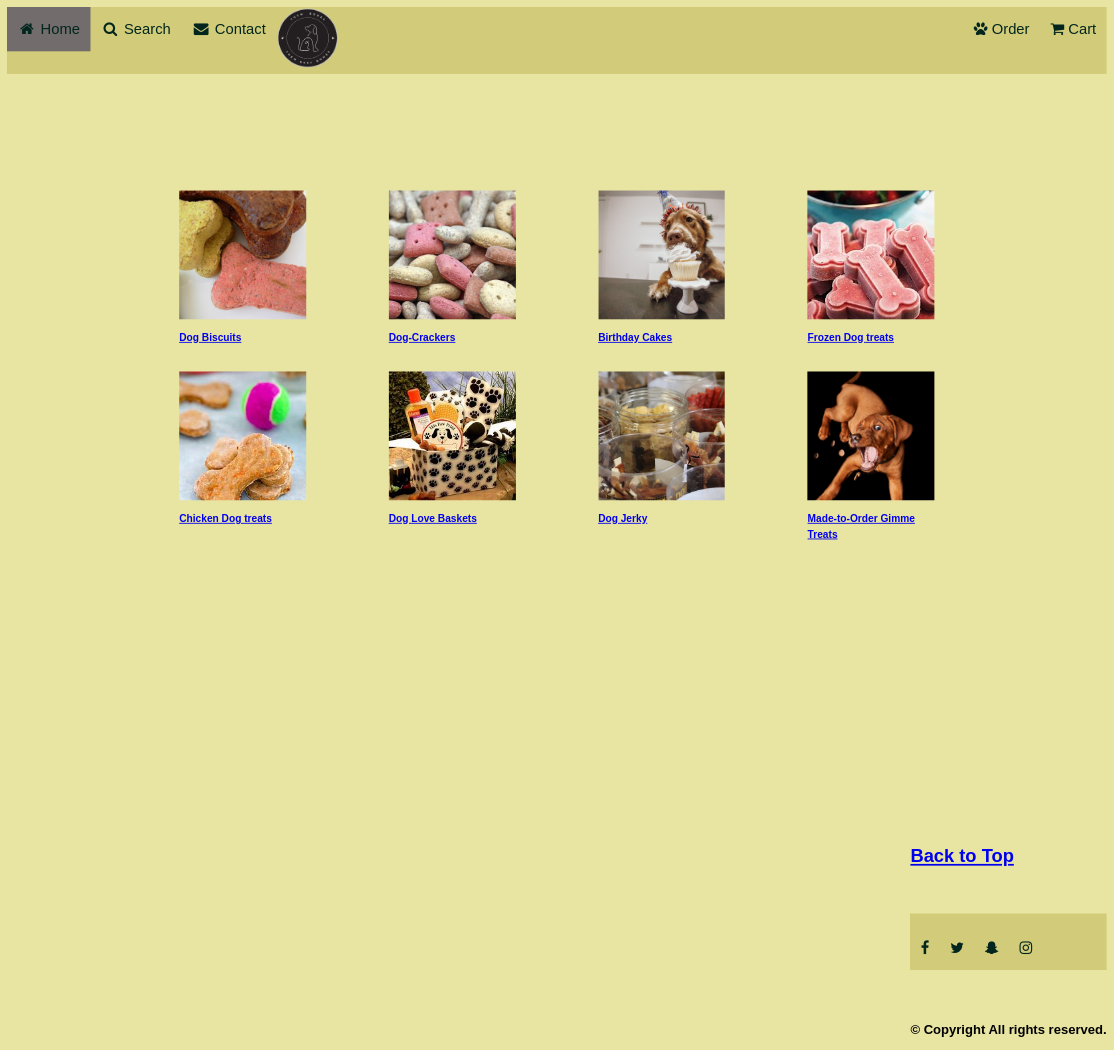
Repository: vgoins-RA2022/HTML-1
Page: index.html
An editor plug-in stored every save of this project. The page is shown before and after a run of saves, followed by the edit.
The browser window is 1280 px wide. The pictures show the whole page, at 87% of full size.

Above is the page before, as saved 2023-01-21 19:02:04.

### index.html
<!DOCTYPE html>
<html lang="en">

<head>
  <meta charset="UTF-8">
  <meta name="viewport" content="width=device-width, initial-scale=1">
  <link rel="stylesheet" href="https://cdnjs.cloudflare.com/ajax/libs/font-awesome/4.7.0/css/font-awesome.min.css">
  <link rel="stylesheet" href="../HTML-1/src/css/Style.css" type="text/css">
  <title>Simple HTML Assignment 1</title>
</head>

<header>
    <!-- setup top navigator bar. position logo, home and contact navators on the left-->
    <div class="navbar" float: left>
      <img src="src/img/them-bones-logo.png" alt="them-bones-logo" class="logo" >
      <a class="active" href="#"><i class="fa fa-fw fa-home"></i> Home</a>
      <a href="#"><i class="fa fa-fw fa-search"></i> Search</a>
      <a href="#"><i class="fa fa-fw fa-envelope"></i> Contact</a>
      <!-- position order and cart navigators on the right -->
    <div class="right"><a href="#"><i class="fa fa-paw" aria-hidden="true"></i> Order</a>
    <div class="right"><a href="#"><i class="fa fa-shopping-cart" aria-hidden="true"></i> Cart</a>
    </div>
  </header>

<body>
  <div class="container">
     <!-- set of store gallery of self-contained items enclosed in the figure tags  -->
    <div class="gallery">

      <figure class="gallery__item gallery__item--1">
            <img src="src/img/animal-dog- biscuits.jpg" alt="animal-dog-biscuits" class="gallery__img" >
              <h3 class= image-text>
                <h3><a href="#">Dog Biscuits</a></h3>
              </h3>
        </figure>
        <figure class="gallery__item gallery__item--2">
            <img src="src/img/animal-dog- crackers.jpg" alt="animal-dog-crackers" class="gallery__img">
                <h3 class= image-text>
                  <h3><a href="#">Dog-Crackers</a></h3>
                </h3>

        </figure>
        <figure class="gallery__item gallery__item--3">
            <img src="src/img/dog-happy-birthday.jpg" alt="dog-happy-birthday" class="gallery__img">
              <h3 class= image-text></h3>
                <h3><a href="#">Birthday Cakes</a></h3>
               </h3>
        </figure>
        <figure class="gallery__item gallery__item--4">
            <img src="src/img/frozen-dog-treats.jpg" alt="frozen-dog-treats" class="gallery__img">
              <h3 class= image-text>
                 <h3><a href="#">Frozen Dog treats</a></h3>
              </h3>
        </figure>
        <figure class="gallery__item gallery__item--5">
            <img src="src/img/chicken-dog-treat.jpg" alt="chicken-dog-treats" class="gallery__img">
              <h3 class= image-text>
                <h3><a href="#">Chicken Dog treats</a></h3>
              </h3>
        </figure>
        <figure class="gallery__item gallery__item--6">
            <img src="src/img/doggy-love-basket.jpg" alt="doggy-love-basket" class="gallery__img">
            <h3 class= image-text>
            <h3><a href="#">Dog Love Baskets</a></h3>
            </h3>
        </figure>
        <figure class="gallery__item gallery__item--7">
            <img src="src/img/Dog-jerkey.png" alt="dog-jerky" class="gallery__img">
            <h3 class= image-text>
              <a href="#">Dog Jerky</a></h3>
            </h3>
        </figure>
        <figure class="gallery__item gallery__item--8">
          <img src="src/img/gimme-dog treats.jpg" alt="gimme-dog-treats" class="gallery__img">
          <h3 class= image-text>
            <a href="#">Made-to-Order Gimme Treats</a>
          </h3>
        </figure>

      </div>
  </div>

  <a href="#" class="button">
    <div class="right"><span class="label"><h3>Back to Top</h3></span>
  </a>
</body>

<footer>
  <!-- <div> id="footer"</div>  footer id attribute -->

  <!-- setup navigator bar in the footer of copywright and social media icons -->

    <div class="navbar" float: left>
    <!-- <div class="left"> -->
      <h1></h1>
      <a href="#"><i class="fa fa-facebook"></i> </a>
      <a href="#"><i class="fa fa-twitter"></i> </a>
      <a href="#"><i class="fa fa-snapchat-ghost"></i> </a>
      <a href="#"><i class="fa fa-instagram"></i> </a>

    </div>
    <div class="navbar" float:right></div>
        <p class="copyright"> <h2>&copy; Copyright All rights reserved.</h2> </p>
    </div>

  </footer>
</html>

### src/css/Style.css

/* align navigation bar items */
.left-menu {
  grid-column: 1;
}
.right-menu {
  grid-column: -1;
}
/* format logo position, width and height */
.logo {
  grid-column: 3;
  grid-area: logo;
  place-self: center;
  width: 10vh;
  height: 10vh;
  justify-self: center;
  background-color:#d2cc7a;
}

/* style the navigation bar */
.navbar a {
float: left;
padding-top: 70px;
padding: 12px;
color: #02261d;
text-decoration: none;
font-size: 17px;
}
/* set the size of the images */
img {
  width: 400px;
  height: 80px;
}
/* change color of navigation item when cursor hovers */
.navbar a:hover {
background-color: #8e8c8c;
}
.active {
background-color: #736c6c;
}
.left {
  float: left;
}

.right {
  float: right;
 }

.navbar a {
    float: left;
    display: block;
}

.navbar {
    width: 100%;
    background-color: #d2cc7a;
    overflow: auto;
}

.logo img {
    display: inline-block;
    vertical-align: top;
    width: 50px;
    height: 50px;
    margin-right: 20px;
    margin-top: 15px;
}



html {
  box-sizing: border-box;
  font-size: 62.5%;
}

body {
  font-family: "Nunito", sans-serif;
  background-color: rgba(216, 212, 98, 0.585);
  font-weight: 300;
  line-height: 1.6;
}

.container {
  width: 75%;
  margin: 2rem auto;
}

.gallery {
  display: grid;
  grid-template-columns: repeat(8, 1fr);
  grid-template-rows: repeat(8, 5vw);
  grid-gap: 1.5rem;
  row-gap: 40px;
}

.gallery__img {
  width: 100%;
  height: 100%;
  object-fit: cover;
  display: block;
}

.image-txt {
  margin: 3%;
  position: absolute;
  top: 20px;
  left: 50px;
}
/* set length and position of store gallery items */
.gallery__item--1 {
  grid-column: 1 / span 2;
  grid-row: 2 / span 2;
}
.gallery__item--2 {
  grid-column: 3 / span 2;
  grid-row: 2 / span 2;
}
.gallery__item--3 {
  grid-column: 5 / span 2;
  grid-row: 2 / span 2;
}
.gallery__item--4 {
  grid-column: 7 / span 2;
  grid-row: 2 / span 2;
}
.gallery__item--5 {
  grid-column: 1 / span 2;
  grid-row: 4 / span 2;
}
.gallery__item--6 {
  grid-column: 3 / span 2;
  grid-row: 4 / span 2;
}
.gallery__item--7 {
  grid-column: 5 / span 2;
  grid-row: 4 / span 2;
}
.gallery__item--8 {
  grid-column: 7 / span 2;
  grid-row: 4 / span 2;
}
/* Style the button */
.button {
  outline: none;
  padding: 10px 16px;

  cursor: pointer;
  font-size: 18px;
}


.button:hover {
  background-color: #ddd;
}

.button.active {
  background-color: #666;
  color: white;
}

.footer {
  background: #061D25;
  padding: 10px 0;
}
.footer a {
  color: #70726F;
  font-size: 20px;
  padding: 10px;
  border-right: 1px solid #70726F;
  transition: all .5s ease;
}
.flex-container {
  display: flex;
  background: #d2cc7a;
}

.copyright{
  text-align: center;
  padding-top: 24px;
  font-weight: 500;
  opacity: 0.8;
  font-size: 16px;
}
@media (max-width: 767px) {

    .h6{
      margin: 0 auto;
      text-align: center;
      margin-top: 10px;
      margin-bottom: 10px;
    }
    .ul{
      text-align: center;
    }
    .social{
        width: 100%;
        margin: 0 auto;
        text-align: center;
        padding: 40px;
        padding-bottom: 0px;
        border-top: 1px solid #eee;
        margin-top: 50px;
    }

  }

After the next 3 saves:
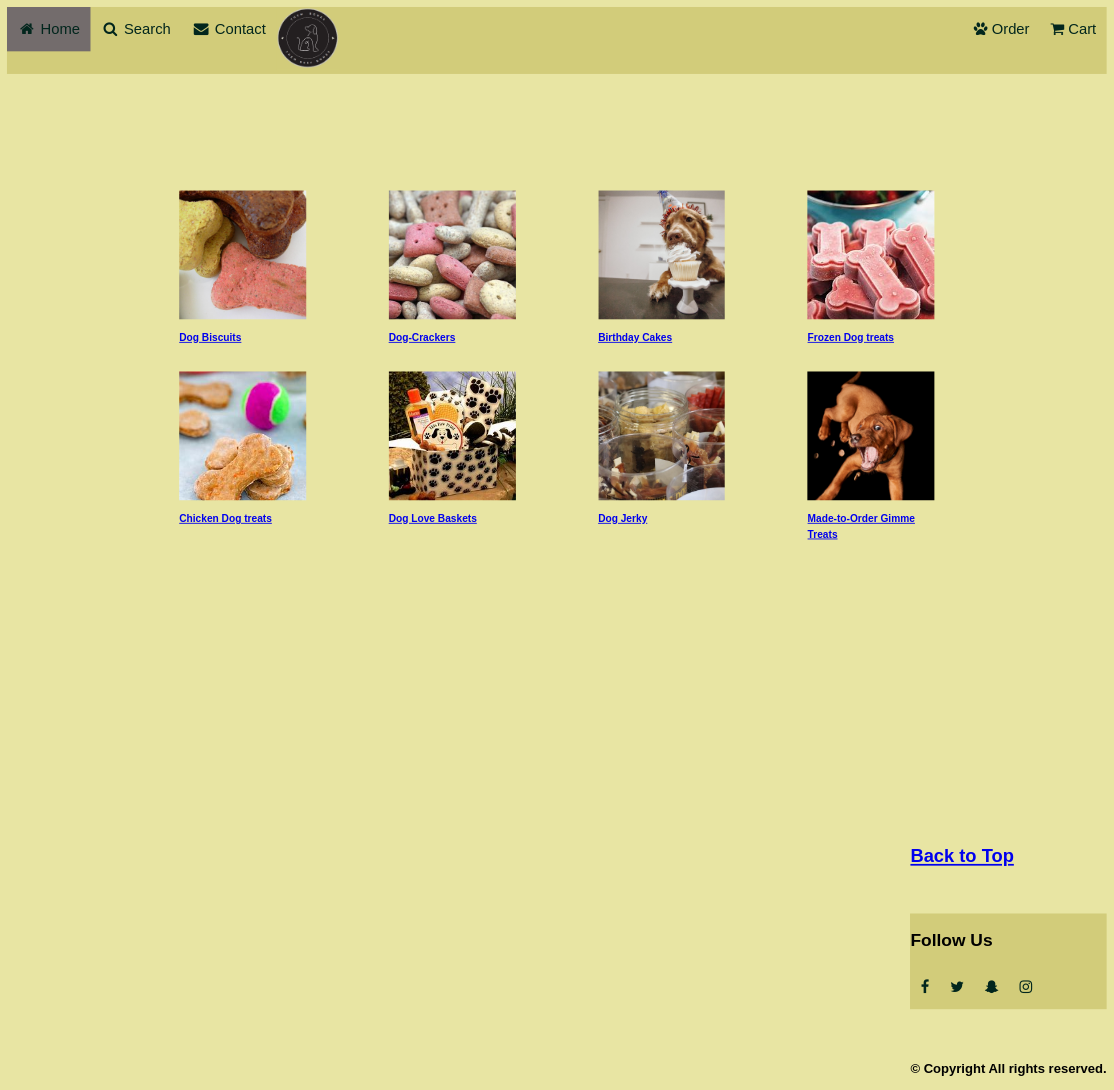
The 3 saves are shown as one change because they came seconds apart.
The last was saved 8 s later.
--- a/index.html
+++ b/index.html
@@ -92,7 +92,7 @@
 
     <div class="navbar" float: left>
     <!-- <div class="left"> -->
-      <h1></h1>
+      <h1>Follow Us</h1>
       <a href="#"><i class="fa fa-facebook"></i> </a>
       <a href="#"><i class="fa fa-twitter"></i> </a>
       <a href="#"><i class="fa fa-snapchat-ghost"></i> </a>
